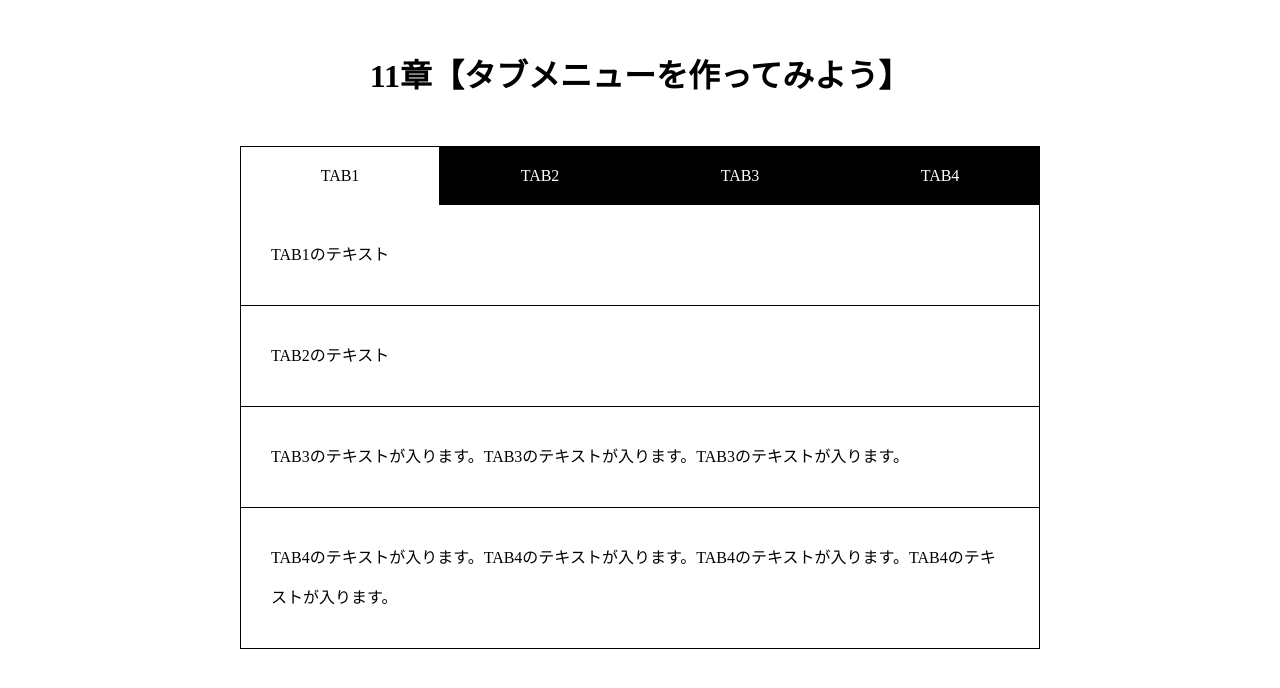
Repository: rainpalace2/Java
Page: Tabbar-Lesson/index.html
The author's editor kept a record of every edit. The page is drawn from the files as they stood at one moment, then again after the next edit.
The browser window is 1280 px wide. The pictures show the whole page.

Above is the page before.

### Tabbar-Lesson/index.html
<!DOCTYPE html>
<html lang="ja">
  <head>
    <meta charset="UTF-8" />
    <meta name="viewport" content="width=device-width,initial-scale=1.0">
    <title>11章【タブメニューを作ってみよう】</title>
    <link rel="stylesheet" href="css/style.css" />
  </head>
  <body>
    <h1>11章【タブメニューを作ってみよう】</h1>

    <div class="wrap">
      <ul id="tab-menu">
        <li><a href="#tab1" class="active">TAB1</a></li>
        <li><a href="#tab2" class="">TAB2</a></li>
        <li><a href="#tab3" class="">TAB3</a></li>
        <li><a href="#tab4" class="">TAB4</a></li>
      </ul>

      <div id="tab-contents">
        <div id="tab1" class="tab">
          <p>TAB1のテキスト</p>
        </div>

        <div id="tab2" class="tab">
          <p>TAB2のテキスト</p>
        </div>

        <div id="tab3" class="tab">
          <p>TAB3のテキストが入ります。TAB3のテキストが入ります。TAB3のテキストが入ります。</p>
        </div>

        <div id="tab4" class="tab">
          <p>TAB4のテキストが入ります。TAB4のテキストが入ります。TAB4のテキストが入ります。TAB4のテキストが入ります。</p>
        </div>
      </div>
    </div>
    <script src="js/jquery.min.js"></script>
    <script src="js/script.js"></script>
  </body>
</html>

### Tabbar-Lesson/css/style.css
@charset "UTF-8";

* {
  margin: 0;
  padding: 0;
  box-sizing: border-box;
}

h1 {
  text-align: center;
  margin: 50px 0;
}

.wrap {
  width: 90%;
  max-width: 800px;
  margin: 0 auto;
}

#tab-menu {
  display: flex;
}

#tab-menu li {
  list-style-type: none;
  width: 25%;
}

#tab-menu li a {
  color: #fff;
  text-decoration: none;
  display: block;
  padding: 20px;
  text-align: center;
  background: #000;
  border: 1px solid #000;
  border-bottom: none;
}

#tab-menu .active {
  background: #fff;
  color: #000;
}

#tab-contents {
  display: flex;
  flex-wrap: wrap;
}

#tab-contents .tab {
  width: 100%;
  padding: 30px;
  background: #fff;
  border: 1px solid #000;
  border-top: none;
}

#tab-contents p {
  color: #000;
  line-height: 2.5;
}

### Tabbar-Lesson/js/script.js
$('#tab-contents.tab[id != "tab1"]').hide();

$('#tab-menu a').on('click',function(event){
  $("#tab-contents .tab").hide();
  $("#tab-menu .active").removeClass("active");
  $(this).addClass("active");
  $($(this).attr("href")).show();
  event.preventDefault();
});

Loaded but not shown: Tabbar-Lesson/js/jquery.min.js (library)

After the next edit:
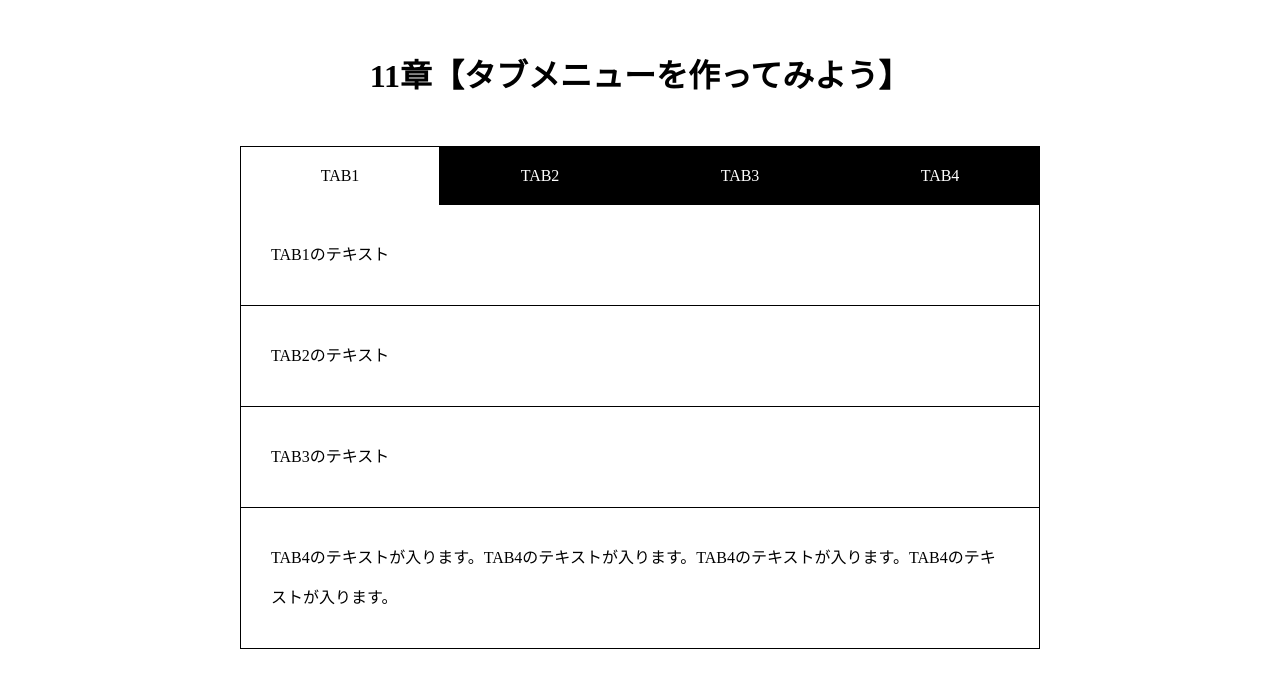
The edit:
--- a/Tabbar-Lesson/index.html
+++ b/Tabbar-Lesson/index.html
@@ -27,7 +27,7 @@
         </div>
 
         <div id="tab3" class="tab">
-          <p>TAB3のテキストが入ります。TAB3のテキストが入ります。TAB3のテキストが入ります。</p>
+          <p>TAB3のテキスト</p>
         </div>
 
         <div id="tab4" class="tab">
